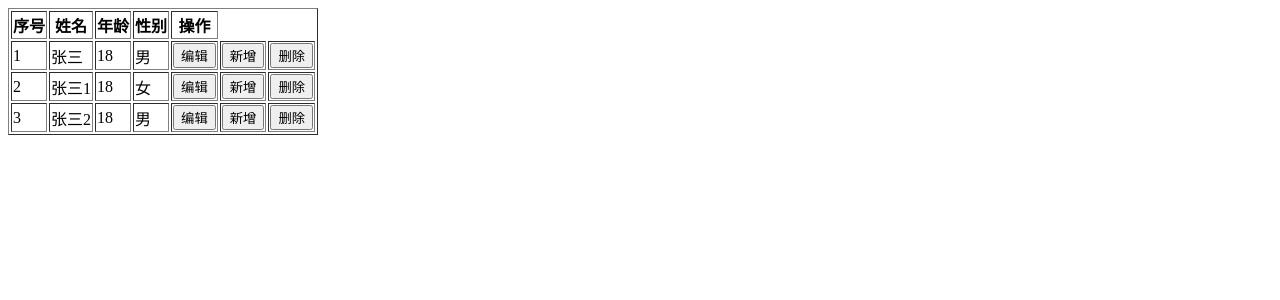
Repository: yuanritian1/5oproject50days
Page: 表格table/index.html
An editor plug-in stored every save of this project. The page is shown before and after the next save, followed by the edit.
The browser window is 1280 px wide. The pictures show the whole page.

Above is the page before, as saved 2022-09-03 10:25:10.

After the next save:
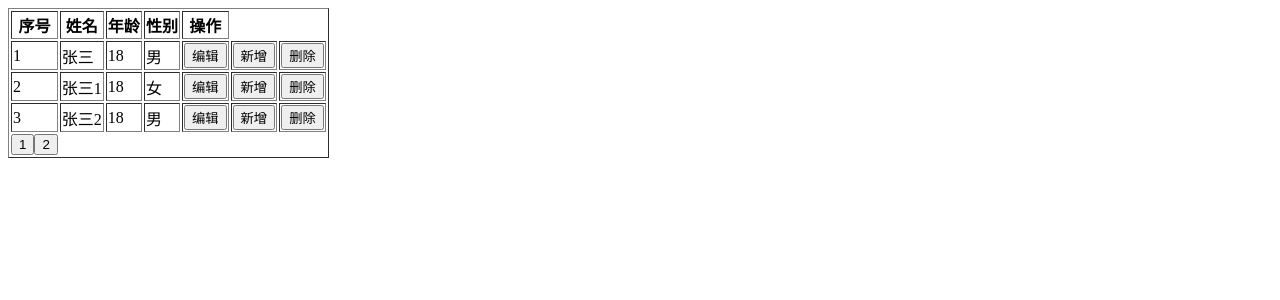
Saved 13 s later.
--- a/表格table/index.html
+++ b/表格table/index.html
@@ -81,5 +81,6 @@
         }
         footContent.innerHTML = str
     }
+    fenye()
     jiequ(1)
 </script>
